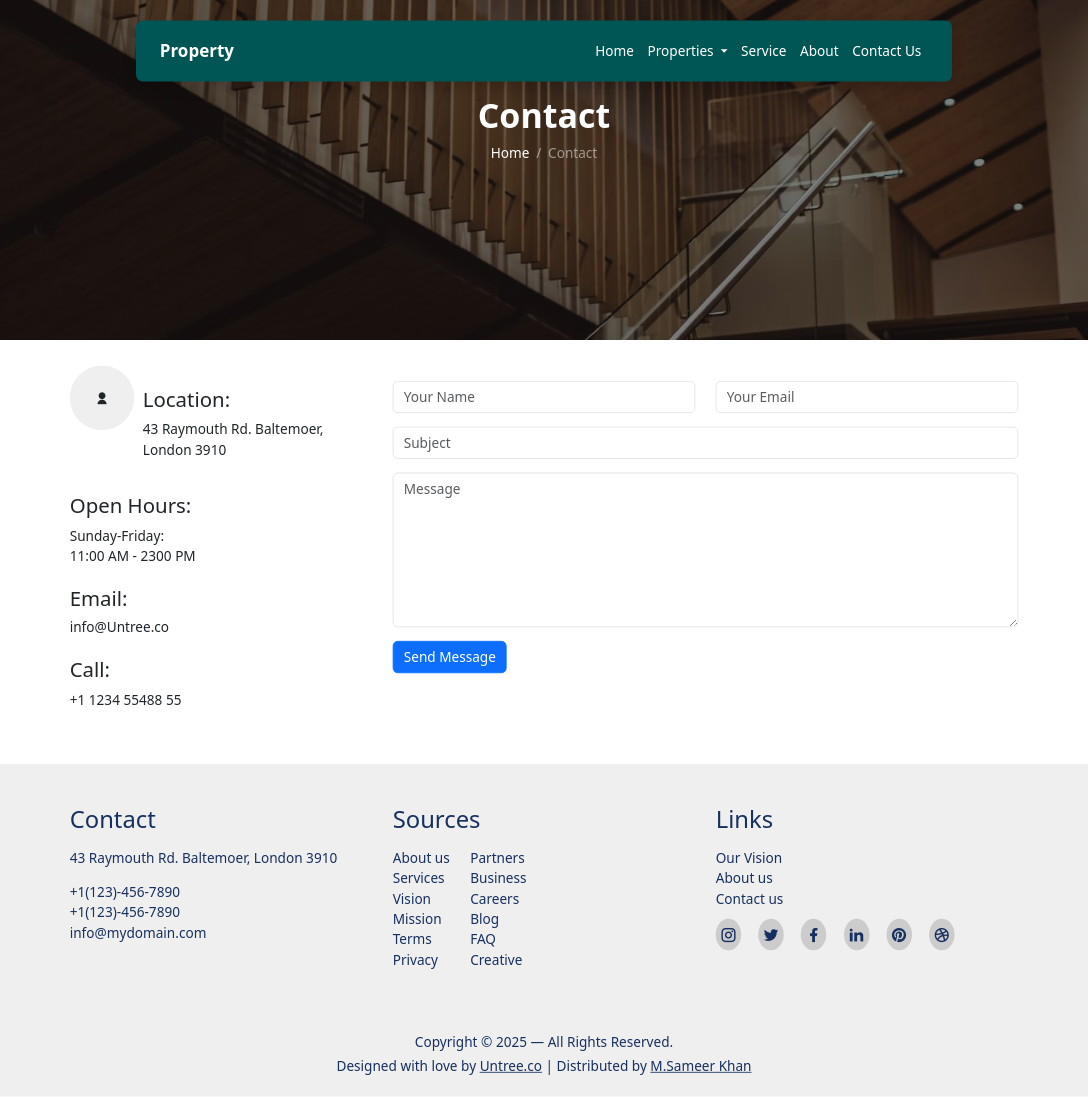
Repository: sameerrrrkhan911-git/Property
Page: contact.html
The author's editor kept a copy of each file at every save. The page is drawn from the files as they stood at one save, then again after the next save.
The browser window is 1280 px wide. The pictures show the whole page, at 85% of full size.
Some icons come from a web library that is not loaded, so they are not drawn. Some web libraries are served in a nearby version.

Above is the page before, as saved 2025-09-28 21:30:05.
Console error: TypeError: Cannot read properties of undefined (reading 'length')

### contact.html
<!DOCTYPE html>
<html lang="en">

<head>
    <meta charset="utf-8">
    <meta name="viewport" content="width=device-width, initial-scale=1">
    <title>Property</title>

    <!--====== LINKS ========-->
    <link href="https://cdn.jsdelivr.net/npm/bootstrap@5.3.8/dist/css/bootstrap.min.css" rel="stylesheet">
    <link
        href="https://fonts.googleapis.com/css2?family=Montserrat:wght@400;600&family=Open+Sans:wght@400;600&display=swap"
        rel="stylesheet">
    <link href="https://unpkg.com/aos@2.3.1/dist/aos.css" rel="stylesheet">
    <link href="https://cdn.jsdelivr.net/npm/remixicon@4.5.0/fonts/remixicon.css" rel="stylesheet">
    <link href="https://cdnjs.cloudflare.com/ajax/libs/tiny-slider/2.9.4/tiny-slider.css" rel="stylesheet">
    <link rel="stylesheet" href="assets/css/style2.css">
    <link rel="stylesheet" href="assets/css/style.css">

</head>

<body>

    <!--=====HEADER=====-->
    <header>
        <section id="Right-Step">
            <div class="bg-holder overlay overlay-elixir">
            </div>

            <!-- Navbar -->
            <nav
                class="navbar navbar-expand-lg green-color p-3 mt-4 sticky-top position-absolute top-0 start-50 translate-middle-x w-75 rounded-3 shadow">
                <div class="container-fluid">
                    <!-- Brand -->
                    <a class="navbar-brand text-white fw-bold" href="#">Property</a>

                    <!-- Toggler for Mobile -->
                    <button class="navbar-toggler bg-light" type="button">
                        <span class="navbar-toggler-icon"></span>
                    </button>

                    <!-- Navbar Links -->
                    <div class="collapse navbar-collapse" id="navbarNavDropdown">
                        <ul class="navbar-nav ms-auto">
                            <li class="nav-item">
                                <a class="nav-link text-white active" aria-current="page" href="index.html">Home</a>
                            </li>
                            <li class="nav-item dropdown">
                                <a class="nav-link dropdown-toggle text-white" href="#" role="button"
                                    data-bs-toggle="dropdown" aria-expanded="false">
                                    Properties
                                </a>
                                <ul class="dropdown-menu">
                                    <li><a class="dropdown-item" href="#">Action</a></li>
                                    <li><a class="dropdown-item" href="#">Another action</a></li>
                                    <li><a class="dropdown-item" href="#">Something else here</a></li>
                                </ul>
                            </li>
                            <li class="nav-item"><a class="nav-link text-white" href="service.html">Service</a></li>
                            <li class="nav-item"><a class="nav-link text-white" href="about.html">About</a></li>
                            <li class="nav-item"><a class="nav-link text-white" href="contact.html">Contact Us</a></li>
                        </ul>
                    </div>
                </div>
            </nav>

            <!--/.bg-holder-->
            <div class="forbg py-5">
                <div class="container">

                    <div class="row justify-content-center align-items-center">
                        <div class="col-lg-9 text-center mt-5">
                            <h1 class="heading aos-init aos-animate white mt-3 fw-bold" data-aos="fade-up">Contact</h1>

                            <nav aria-label="breadcrumb" data-aos="fade-up" data-aos-delay="200"
                                class="aos-init aos-animate">
                                <ol class="breadcrumb text-center justify-content-center">
                                    <li class="breadcrumb-item"><a href="index.html" style="color: white;">Home</a></li>
                                    <li class="ms-2 me-2 text-white-50" aria-current="page">
                                        /
                                    </li>
                                    <li class="breadcrumb-item active text-white-50" aria-current="page">
                                        Contact
                                    </li>
                                </ol>
                            </nav>
                        </div>
                    </div>
                </div>
            </div><!-- end of .container-->
        </section>
    </header>

    <!--====MAIN====-->

    <main>

<div class="section py">
      <div class="container">
        <div class="row py-5">
          <div class="col-lg-4 mb-5 mb-lg-0 aos-init aos-animate" data-aos="fade-up" data-aos-delay="100">
            <div class="contact-info">
              <div class="address mt-2">
<div class="d-flex">
    <div>
    <i class="ri-user-fill" style="border-radius: 50%; padding: 30px; background-color: #efefef; margin-right: 10px;"></i>
</div>
                <div>
                    <h4 class="mb-2">Location:</h4>
                <p>
                  43 Raymouth Rd. Baltemoer,<br>
                  London 3910
                </p>
                </div>
</div>
              </div>

              <div class="open-hours mt-4">
                <i class="icon-clock-o"></i>
                <h4 class="mb-2">Open Hours:</h4>
                <p>
                  Sunday-Friday:<br>
                  11:00 AM - 2300 PM
                </p>
              </div>

              <div class="email mt-4">
                <i class="icon-envelope"></i>
                <h4 class="mb-2">Email:</h4>
                <p>info@Untree.co</p>
              </div>

              <div class="phone mt-4">
                <i class="icon-phone"></i>
                <h4 class="mb-2">Call:</h4>
                <p>+1 1234 55488 55</p>
              </div>
            </div>
          </div>
          <div class="col-lg-8 aos-init aos-animate" data-aos="fade-up" data-aos-delay="200">
            <form action="#">
              <div class="row">
                <div class="col-6 mb-3">
                  <input type="text" class="form-control" placeholder="Your Name">
                </div>
                <div class="col-6 mb-3">
                  <input type="email" class="form-control" placeholder="Your Email">
                </div>
                <div class="col-12 mb-3">
                  <input type="text" class="form-control" placeholder="Subject">
                </div>
                <div class="col-12 mb-3">
                  <textarea name="" id="" cols="30" rows="7" class="form-control" placeholder="Message"></textarea>
                </div>

                <div class="col-12">
                  <input type="submit" value="Send Message" class="btn btn-primary">
                </div>
              </div>
            </form>
          </div>
        </div>
      </div>
    </div>

    </main>

    <!-- FOOTER -->
    <footer class="greyy py-5 pb-4 grey">

        <div class="container">
            <div class="row">

                <!-- Contact -->
                <div class="col-lg-4 col-md-6 mb-4">
                    <h3 class="mb-3 font-color">Contact</h3>
                    <address class="mb-3 font-color">43 Raymouth Rd. Baltemoer, London 3910</address>
                    <ul class="list-unstyled">
                        <li><a href="tel://11234567890" class=" text-decoration-none"
                                style="color: #163060;">+1(123)-456-7890</a></li>
                        <li><a href="tel://11234567890" class=" text-decoration-none"
                                style="color: #163060;">+1(123)-456-7890</a></li>
                        <li><a href="mailto:info@mydomain.com" class=" text-decoration-none"
                                style="color: #163060;">info@mydomain.com</a></li>
                    </ul>
                </div>

                <!-- Sources -->
                <div class="col-lg-4 col-md-6 mb-4">
                    <h3 class="mb-3 font-color">Sources</h3>
                    <div class="d-flex">
                        <ul class="list-unstyled me-4">
                            <li><a href="#" class="font-color text-decoration-none">About us</a></li>
                            <li><a href="#" class="font-color text-decoration-none">Services</a></li>
                            <li><a href="#" class="font-color text-decoration-none">Vision</a></li>
                            <li><a href="#" class="font-color text-decoration-none">Mission</a></li>
                            <li><a href="#" class="font-color text-decoration-none">Terms</a></li>
                            <li><a href="#" class="font-color text-decoration-none">Privacy</a></li>
                        </ul>
                        <ul class="list-unstyled">
                            <li><a href="#" class="font-color text-decoration-none">Partners</a></li>
                            <li><a href="#" class="font-color text-decoration-none">Business</a></li>
                            <li><a href="#" class="font-color text-decoration-none">Careers</a></li>
                            <li><a href="#" class="font-color text-decoration-none">Blog</a></li>
                            <li><a href="#" class="font-color text-decoration-none">FAQ</a></li>
                            <li><a href="#" class="font-color text-decoration-none">Creative</a></li>
                        </ul>
                    </div>
                </div>

                <!-- Links & Social -->
                <div class="col-lg-4 col-md-12 mb-4">
                    <h3 class="mb-3 font-color">Links</h3>
                    <ul class="list-unstyled">
                        <li><a href="#" class="font-color text-decoration-none">Our Vision</a></li>
                        <li><a href="#" class="font-color text-decoration-none">About us</a></li>
                        <li><a href="#" class="font-color text-decoration-none">Contact us</a></li>
                    </ul>

                    <!-- Social icons -->
                    <div class="mt-3">
                        <a href="#" class="font-color me-3 fs-5 roundd text-color dark-grey"><i
                                class="ri-instagram-line"></i></a>
                        <a href="#" class="font-color me-3 fs-5 roundd dark-grey"><i class="ri-twitter-fill"></i></a>
                        <a href="#" class="font-color me-3 fs-5 roundd dark-grey"><i class="ri-facebook-fill"></i></a>
                        <a href="#" class="font-color me-3 fs-5 roundd dark-grey"><i class="ri-linkedin-fill"></i></a>
                        <a href="#" class="font-color me-3 fs-5 roundd dark-grey"><i class="ri-pinterest-fill"></i></a>
                        <a href="#" class="font-color fs-5 roundd dark-grey"><i class="ri-dribbble-line"></i></a>
                    </div>
                </div>

            </div>

            <hr class="border-light">

            <!-- Copyright -->
            <div class="row">
                <div class="col-12 text-center">
                    <p class="mb-1 font-color">
                        Copyright ©
                        <script>document.write(new Date().getFullYear());</script> — All Rights Reserved.
                    </p>
                    <p class="mb-0 font-color">
                        Designed with love by <a href="https://untree.co"
                            class="font-color text-decoration-underline">Untree.co</a>
                        | Distributed by <a href="https://themewagon.com/" target="_blank"
                            class="font-color text-decoration-underline">M.Sameer Khan</a>
                    </p>
                </div>
            </div>

        </div>

    </footer>

    <!-- Bootstrap JS -->
    <script src="https://cdn.jsdelivr.net/npm/bootstrap@5.3.8/dist/js/bootstrap.bundle.min.js"></script>
    <!-- AOS JS -->
    <script src="https://unpkg.com/aos@2.3.1/dist/aos.js"></script>

    <script>
        AOS.init({
            duration: 1000,
            once: true
        });
    </script>

    <script src="https://cdnjs.cloudflare.com/ajax/libs/tiny-slider/2.9.4/min/tiny-slider.js"></script>

    <script>
        var slider = tns({
            container: '.property-slider',
            items: 3,
            slideBy: 1,
            autoplay: false,
            controls: true,
            nav: false,
            gutter: 20,
            controlsContainer: '.slider-controls',
            prevButton: '.prev',
            nextButton: '.next',
            responsive: {
                0: { items: 1 },
                768: { items: 2 },
                1200: { items: 3 }
            }
        });
    </script>

</body>

</html>

### assets/css/style.css
/* ==============================
   Root Variables
=================================*/
:root {
  --green-color: #005555;
   --heading-color: #2a3855;
}

.green-color {
  background-color: var(--green-color);
}

.green{
  color: var(--green-color);
}

.black{
  color: black;
}

.para{
  text-align: left;
}

.heading-color{
  color: var(--heading-color);
}

.z-9 {
  z-index: 9 !important;
}

.white {
  color: white;
}

.green-line{
   height: 2px;
  width: 120px;
 background-color: var(--green-color);
 margin-bottom: 10px;
}

.black-line{
   height: 2px;
  width: 80px;
 background-color: black;
 margin: 10px auto;
}

.white-bg{
  background-color: white;
}

.fs-6{
  font-size: 5px;
}

.marginn{
  margin-bottom: 30px;
}

.a{
  text-decoration: none;
}


.dark-grey{
  background-color: #cccccc;
}

.text-color{
  color: #909ba6;
}
/* ==============================
Header
=================================*/


/* Hero background */
.hero-header {
  background-image: url("../images/hero_bg_3.jpg") !important;
  background-repeat: no-repeat;
  background-position: center center;
  background-size: cover;
  min-height: 100vh;
  position: relative;
  display: flex;
  align-items: center;
}



/* Overlay */
.hero-header::before {
  content: "";
  position: absolute;
  top: 0;
  left: 0;
  width: 100%;
  height: 100%;
  background: rgba(0, 0, 0, 0.5);
  z-index: 0;
}

/* Keep hero text above overlay */
.hero {
  position: relative;
  z-index: 1;
}

/* White text */
.white {
  color: #fff !important;
}

/* Responsive adjustments */
@media (max-width: 768px) {
  nav.navbar {
    width: 90% !important;
    margin-top: 1rem !important;
    padding: 0.75rem 1rem !important;
  }

  .hero h1 {
    font-size: 1.75rem;
    line-height: 1.3;
  }

  .hero form {
    flex-direction: column !important;
    gap: 0.75rem;
  }

  .hero input {
    width: 100% !important;
  }

  .hero button {
    width: 100% !important;
  }
}

@media (max-width: 576px) {
  .hero h1 {
    font-size: 1.5rem;
  }
}

/* Popular properties */

.property-slider {
  overflow: hidden;
}

.property-item {
  background: #fff;
  border-radius: 8px;
  overflow: hidden;
}

.property-content {
  background: #fff;
  border-radius: 8px;
}

/* Features */

.features-1 {
    padding-top: 30px;
    position: relative;
    z-index: 8;
    text-align: center;
    background-color: rgba(0, 32, 74, 0.05);
}

/* ==========================
   Testimonials Section
========================== */

.sec-testimonials .heading {
  font-size: 2rem;
  font-weight: 700;
}

/* Prev/Next buttons */
#testimonial-nav {
  display: flex;
  gap: 10px;
}

#testimonial-nav span {
  cursor: pointer;
  font-size: 14px;
  color: #002855;
  background: #e9ecef;
  padding: 6px 14px;
  border-radius: 20px;
  transition: all 0.3s ease;
}

#testimonial-nav span:hover {
  background: #002855;
  color: #fff;
}

/* Testimonials layout */
.testimonial-slider {
  display: grid;
  grid-template-columns: repeat(auto-fit, minmax(300px, 1fr));
  gap: 40px;
  margin-top: 30px;
  text-align: center;
}

.testimonial {
  padding: 20px;
}

.testimonial img {
  width: 90px;
  height: 90px;
  object-fit: cover;
  margin-bottom: 15px;
  border: 3px solid #ddd;
}

.testimonial .rate {
  margin: 10px 0;
  font-size: 16px;
  color: #f1c40f;
}

.testimonial h3 {
  margin-bottom: 10px;
  font-size: 1.1rem;
  font-weight: 600;
}

.testimonial blockquote {
  font-style: italic;
  font-size: 0.95rem;
  color: #555;
  margin: 10px 0 15px;
}

.greyy{
  background-color: #efefef;
}

.testimonial p.text-muted {
  font-size: 0.85rem;
  color: #888;
}

.img-fluid {
   max-width: 100%;
    height: auto;
}

/* Call To Action */
.footer-cta {
  background: white ;
  padding: 50px;
}

.footer-cta .btn-primary {
  border-radius: 30px;
  font-size: 1.1rem;
  transition: all 0.3s ease;
}

.footer-cta .btn-primary:hover {
  background: #003f3f;
  transform: translateY(-3px);
  box-shadow: 0 6px 15px rgba(0,0,0,0.2);
}

/* Our Agents */
.section_1{
  background-color: #f8f9fa;
}

/* Agent Card */
.person {
  background: #fff;
  border-radius: 12px;
  padding: 60px 20px 30px;
  text-align: center;
  position: relative;
  box-shadow: 0 4px 20px rgba(0,0,0,0.05);
  transition: all 0.3s ease;
}

.person:hover {
  transform: translateY(-8px);
  box-shadow: 0 12px 30px rgba(0,0,0,0.1);
}

/* Profile Image */
.person img {
  width: 100px;
  height: 100px;
  object-fit: cover;
  border-radius: 50%;
  position: absolute;
  top: -50px;
  left: 50%;
  transform: translateX(-50%);
}

/* Text styling */
.person-contents h2 {
  margin-top: 60px;
  font-size: 1.2rem;
  font-weight: 600;
}

.person-contents .meta {
  font-size: 0.9rem;
  color: #6c757d;
  margin-bottom: 15px;
}

.person-contents p {
  font-size: 0.95rem;
  color: #555;
  margin-bottom: 20px;
}

/* Social icons */
.social a {
  display: inline-flex;
  justify-content: center;
  align-items: center;
  width: 40px;
  height: 40px;
  margin: 0 5px;
  border-radius: 50%;
  background: #002855;
  color: #fff;
  transition: all 0.3s ease;
  text-decoration: none;
}

.social a:hover {
  background: #005555;
}

h2 a {
  color: #000;
  text-decoration: none;
}

.roundd{

  border-radius: 50%;
  text-decoration: none;
  padding: 5px;
}

.font-color{
 color: #163060;
}

.forbg {
    height: 400px;
    background: linear-gradient(to bottom, rgba(0, 0, 0, 0.5), rgba(0, 0, 0, 0.5)), url(../images/hero_bg_1.jpg);
    background-size: cover;
    background-position: center;
}

a{
  text-decoration: none;
}

Loaded but not shown: assets/css/style2.css (library)

After the next save:
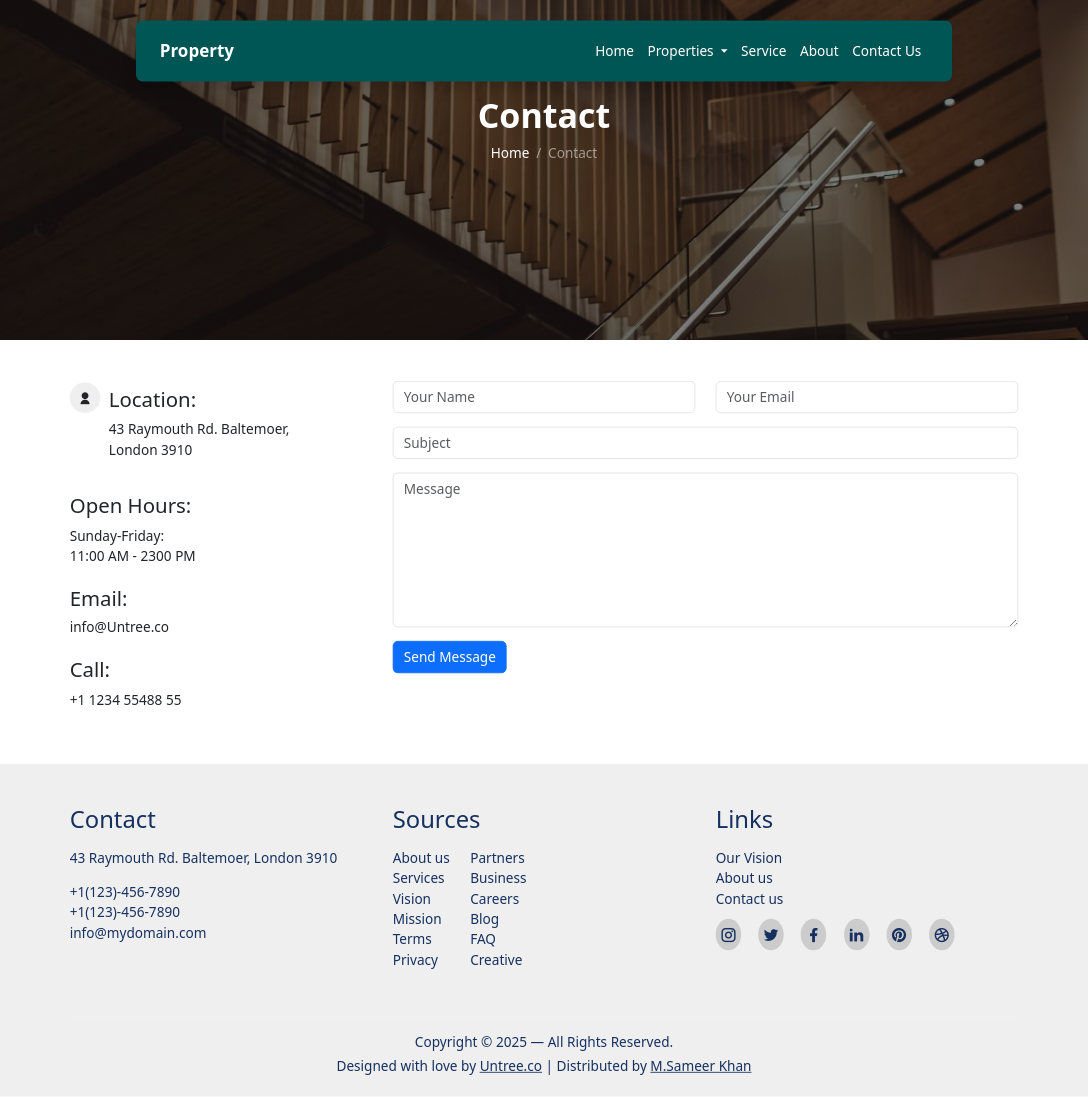
Saved 13 s later.
--- a/contact.html
+++ b/contact.html
@@ -103,7 +103,7 @@
               <div class="address mt-2">
 <div class="d-flex">
     <div>
-    <i class="ri-user-fill" style="border-radius: 50%; padding: 30px; background-color: #efefef; margin-right: 10px;"></i>
+    <i class="ri-user-fill" style="border-radius: 50%; padding: 10px; background-color: #efefef; margin-right: 10px;"></i>
 </div>
                 <div>
                     <h4 class="mb-2">Location:</h4>
